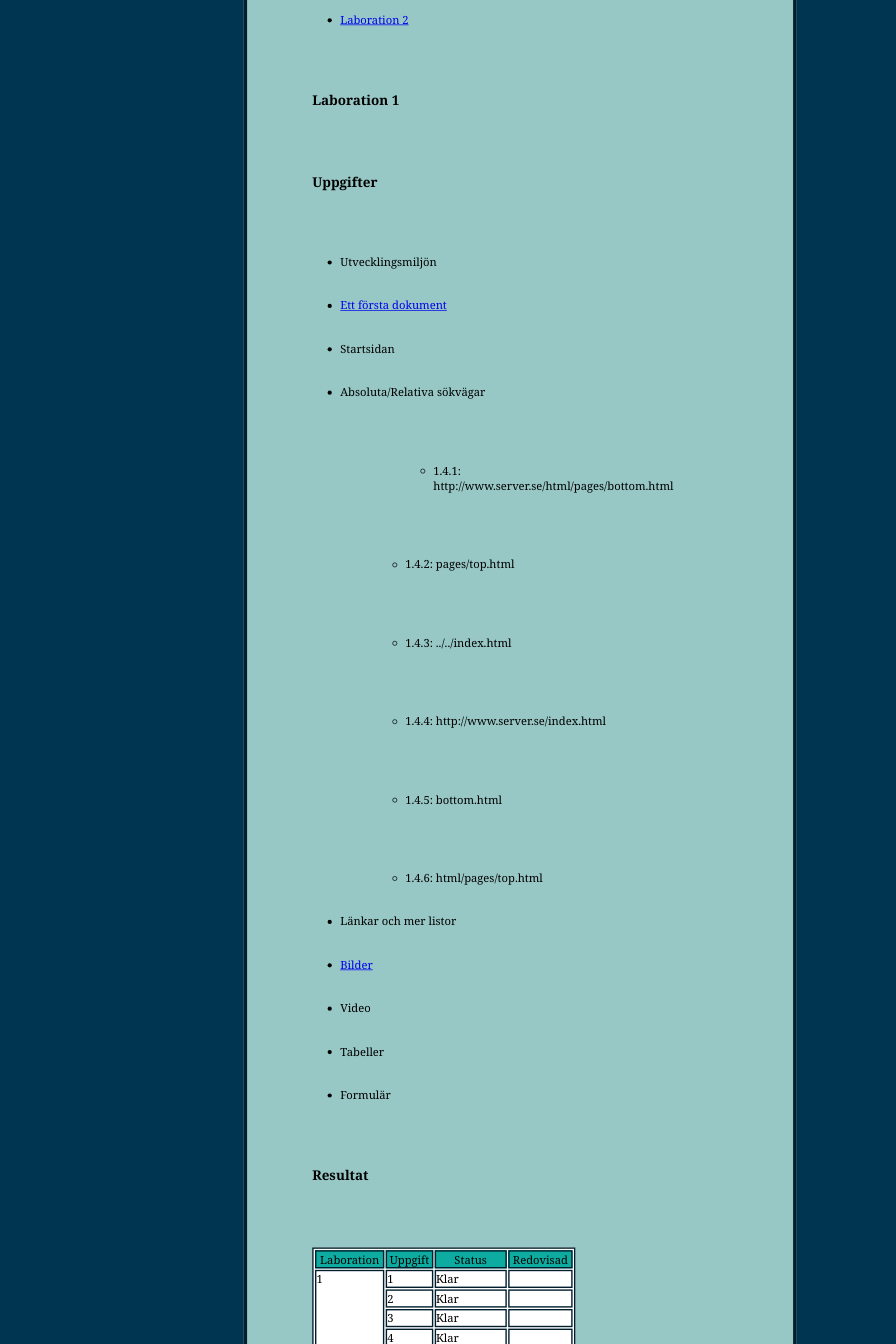
Repository: ml223nw/1ik415-laborationer
Page: pages/laborationer.html
The author's editor kept a record of every edit. The page is drawn from the files as they stood at one moment, then again after the next edit.
The browser window is 1280 px wide. The pictures show the part of the page from y = 540 to 2460 px (the page is 2901 px tall before and 2784 px after), at 70% of full size.

Above is the page before.

### pages/laborationer.html
<!DOCTYPE html>
<html lang="sv">
    <head>
        <meta charset="utf-8">
        <title>Laborationer - Mathias portal</title>
        <link rel="stylesheet" href="../css/style.css"/>
    </head>
    <body>
    <div id='container'>
    <div id="header">
        </div>

        <div id='navigation'>
        <div id="mathiasportal" class="title">MATHIAS PORTAL</h1>
        </div>
            <ul>
                <li><a href="../index.html">Start</a></li>
                <li><a href="laborationer.html" class="active">Laborationer</a></li>
                <li><a href="presentation.html">Presentation</a></li>
                <li><a href="kontakt.html">Kontakt</a></li>
            </ul>
        </div>
        <div id='content'>
        <h2>Laborationer</h2>

            <ul>
        <li><a href="http://coursepress.lnu.se/kurs/webbteknisk-introduktion/laborationer/l01-struktur-och-innehall/">Laboration 1</a></li>
            <li><a href="https://coursepress.lnu.se/kurs/webbteknisk-introduktion/laborationer/l02-en-stiligare-portal/">Laboration 2</a></li>
    </ul>

        <h3>Laboration 1</h3>

        <h3>Uppgifter</h3>

    <ul>
      <li>Utvecklingsmiljön</li>
      <li><a href="../pages/presentation.html#jag">Ett första dokument</a></li>
      <li>Startsidan</li>

      <li>Absoluta/Relativa sökvägar
        <ul>
          <li>1.4.1: http://www.server.se/html/pages/bottom.html</li>
        </ul>
      </li>

      <ul>
        <li>1.4.2: pages/top.html</li>
      </ul>

      <ul>
        <li>1.4.3: ../../index.html</li>
      </ul>

      <ul>
        <li>1.4.4: http://www.server.se/index.html</li>
      </ul>

      <ul>
        <li>1.4.5: bottom.html</li>
      </ul>

      <ul>
        <li>1.4.6: html/pages/top.html</li>
      </ul>


      <li>Länkar och mer listor</li>
      <li><a href="../index.html#svg">Bilder</a></li>
      <li>Video</li>
      <li>Tabeller</li>
      <li>Formulär</li>

    </ul>


          <h3>Resultat</h3>
  <table border='1'>
    <thead>
      <tr>
        <th>Laboration</th>
        <th>Uppgift</th>
        <th>Status</th>
        <th>Redovisad</th>
      </tr>
    </thead>
    <tbody>
      <tr>
      <td rowspan="9">1</td>
        <td>1</td>
        <td>Klar</td>
        <td></td>
      </tr>

          <tr>
            <td>2</td>
            <td>Klar</td>
            <td></td>
          </tr>

          <tr>
            <td>3</td>
            <td>Klar</td>
            <td></td>
          </tr>

          <tr>
            <td>4</td>
            <td>Klar</td>
            <td></td>
          </tr>

          <tr>
            <td>5</td>
            <td>Klar</td>
            <td></td>
          </tr>

          <tr>
            <td>6</td>
            <td>Klar</td>
            <td></td>
          </tr>

          <tr>
            <td>7</td>
            <td>Klar</td>
            <td></td>
          </tr>

          <tr>
            <td>8</td>
            <td>Klar</td>
            <td></td>
          </tr>

          <tr>
            <td>9</td>
            <td>Klar</td>
            <td></td>
          </tr>

          <tr>
          <td rowspan="4">2</td>
            <td>1</td>
            <td>Ej påbörjad</td>
            <td></td>
          </tr>

          <tr>
            <td>2</td>
            <td>Ej påbörjad</td>
            <td></td>
          </tr>

          <tr>
            <td>3</td>
            <td>Ej påbörjad</td>
            <td></td>
          </tr>

          <tr>
            <td>4</td>
            <td>Ej påbörjad</td>
            <td></td>
          </tr>
          </tbody>
      <tfoot>
      <tr>
          <td colspan="4">Laborationsresultat gällande Mathias Lundberg</td>
      </tr>
      </tfoot>
  </table>
  </div>
    <div id="footer">
    <p><p>© Mathias Lundberg</p>
    </div>
    </div>
        </body>
</html>

### css/style.css
/* http://meyerweb.com/eric/tools/css/reset/
   v2.0 | 20110126
   License: none (public domain)
*/
html, body, div, span, applet, object, iframe,
h1, h2, h3, h4, h5, h6, p, blockquote, pre,
a, abbr, acronym, address, big, cite, code,
del, dfn, em, img, ins, kbd, q, s, samp,
small, strike, strong, sub, sup, tt, var,
b, u, i, center,
dl, dt, dd, ol, ul, li,
fieldset, form, label, legend,
table, caption, tbody, tfoot, thead, tr, th, td,
article, aside, canvas, details, embed,
figure, figcaption, footer, header, hgroup,
menu, nav, output, ruby, section, summary,
time, mark, audio, video {
	margin: 0;
	padding: 0;
	border: 0;
	font-size: 100%;
	font: inherit;
	vertical-align: baseline;
}

body {
	background-color:#003552;
	alignment-adjust:middle;
}

#container {
    width:1024px;
    margin-left:auto;
    margin-right:auto;
    color:#004a74;
    background-color:#003552;
	}

#header {
	margin-top:30px;
	margin-bottom:30px;
	background-color:#003552;
	background-image: url('../pics/logoTop.png');
	background-position: center;
	background-repeat: no-repeat;
	height:237px;
    }

#pageTitle {
	color:black;
	font-size: 1.3em;
    margin-right:50px;
    }

#navigation {
	border-style:solid;
    border-width:5px;
    border-color:#001E2E;
	margin-top:10px;
	margin-bottom:10px;
	float:left;
	background-color:#97C8C5;
	padding-top:20px;
	padding-bottom:20px;
	width:190px;
	margin-right:10px;
	margin-left:10px;
	}

	#navigation ul {
    margin-top:5px;
    margin-bottom:5px;
    margin:30px;
    padding-right:20px;
    list-style:none;
	}

#content {
	float:left;
	border-style:solid;
    border-width:5px;
    border-color:#001E2E;
	background-color: #97C8C5;
	width:780px;
	font-family:Georgia, serif;
	padding-top:20px;
	padding-bottom:20px;
	margin-top:10px;
	margin-bottom:10px;
	}

	#content h3, h4, video, form, ul, ol, table {
    margin:90px 93px 40px 93px;
    color:black;
    }

    #content h2 {
    margin:30px 60px 30px 60px;
    color:black;
    }

    /* Not used */
    #content h641 {
	font-size: 1.8em;
	font-weight: bold;
    }

    #content h2 {
    color:black;
	font-size: 2.0em;
    font-weight: bold;
	text-transform: uppercase;
    }

   	#content h3 {
   	color:black;
	font-size: 1.2em;
	font-weight: bold;
    }

	#content p {
    margin:30px 93px 30px 93px;
    color:black;
    }

#content li {
    margin:40px;
    }

#footer {
    margin-left:854px;
	margin-top:10px;
	margin-bottom:15px;
    background-color:#76c8c3;
    width:154px;
    font-family:"Times New Roman", serif;
    font-size:2;
    clear:both;
}

#footer p {
    text-align:right;
    text-indent:10px;
	color:black;

}

.postfooter {
	margin-left:auto;
	margin-right:auto;
	font-style:italic;
	text-indent:10px;
    border: 1px solid #001E2E;
    border-bottom-style:solid;
    border-top-style:solid;
    border-left-style:none;
    border-right-style:none;
	width: 593px;
	line-height: 150%;
}

#navigation a {
    font-size:0.9em;
    line-height: 140%;
    text-decoration:none;
    font-family:Verdana, sans-serif;
    color:black;
    text-transform:uppercase;
    display:block;
}
#navigation a:hover {
    background-color:#0EABA1;
    width:130px;

}
#navigation a.active {
    background-color:yellow;
    width:130px;

}

#content a:hover {
    font-size:100%;
    color:yellow;
    text-decoration:underline;
}
#content a:visited a:hover {
    font-size:100%;
    color:black;
    text-decoration:underline;
}

.title {
	background-color:#97C8C5;
	margin-right:10px;
	margin-left:10px;
    padding-right:auto;
    width:160px;
    border-color:#001E2E;
    }

#mathiasportal {
    margin-left:30px;
    font-size:0.8em;
    font-weight: bold;
    font-family:Verdana, sans-serif;
    color:black;
}

table, th, td {
   border: 2px solid #001E2E;
   background-color: white;
}


th {
    background-color:#0EABA1;
}

#content form, p {
    margin:60px 60px 60px 60px;
	margin-left:auto;
	margin-right:auto;
}

#content input {
    margin-left:90px;
}

#submit {
	margin-left:auto;
	margin-right:auto;
	margin-top:30px;
}

#post4 img {
    border: 2px solid #001E2E;
   background-color: white;
}

.left {
    float:left;

}
.right {
    margin-right:93px;
    float:right;
}

After the next edit:
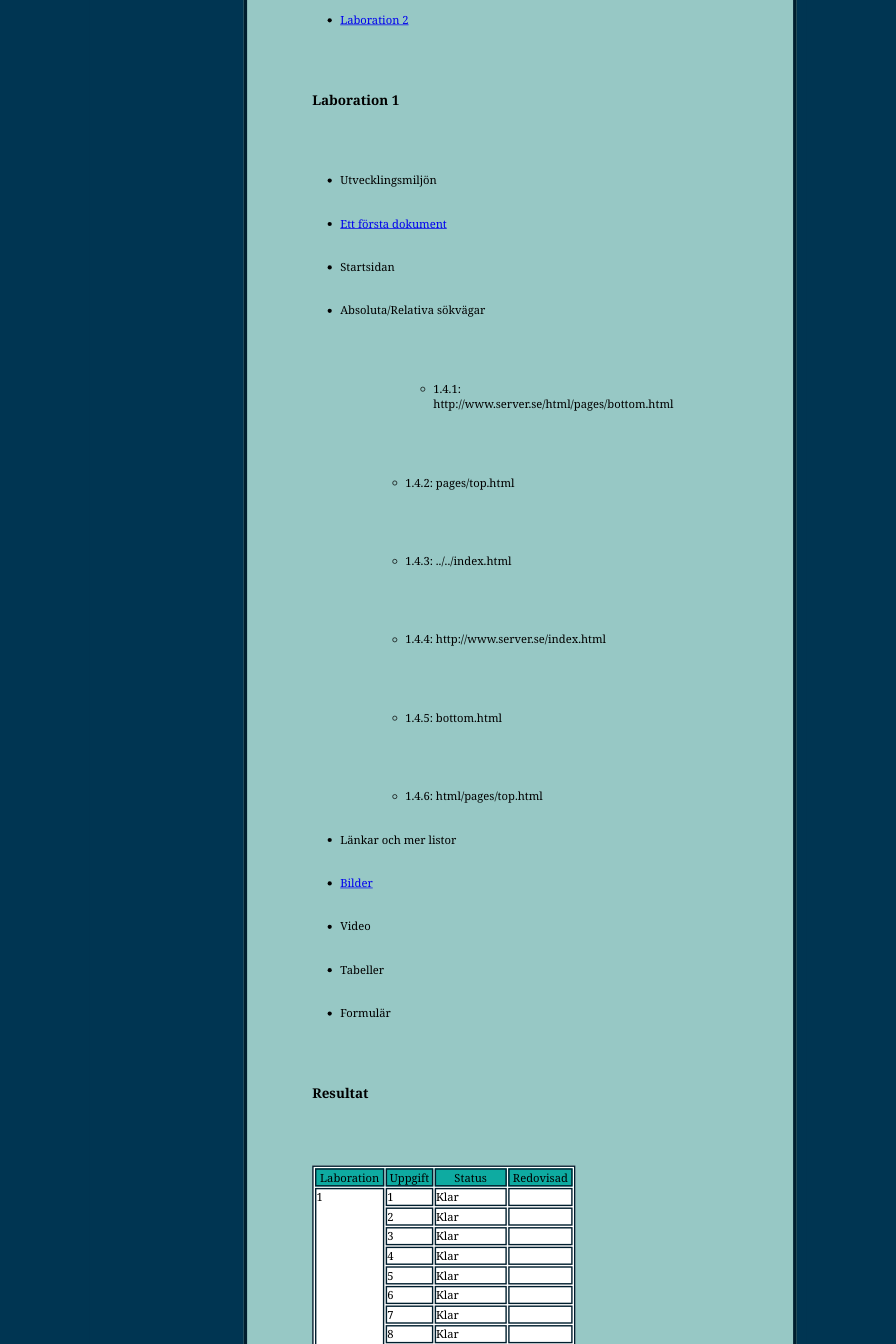
The edit:
--- a/pages/laborationer.html
+++ b/pages/laborationer.html
@@ -29,8 +29,6 @@
     </ul>
 
         <h3>Laboration 1</h3>
-
-        <h3>Uppgifter</h3>
 
     <ul>
       <li>Utvecklingsmiljön</li>
